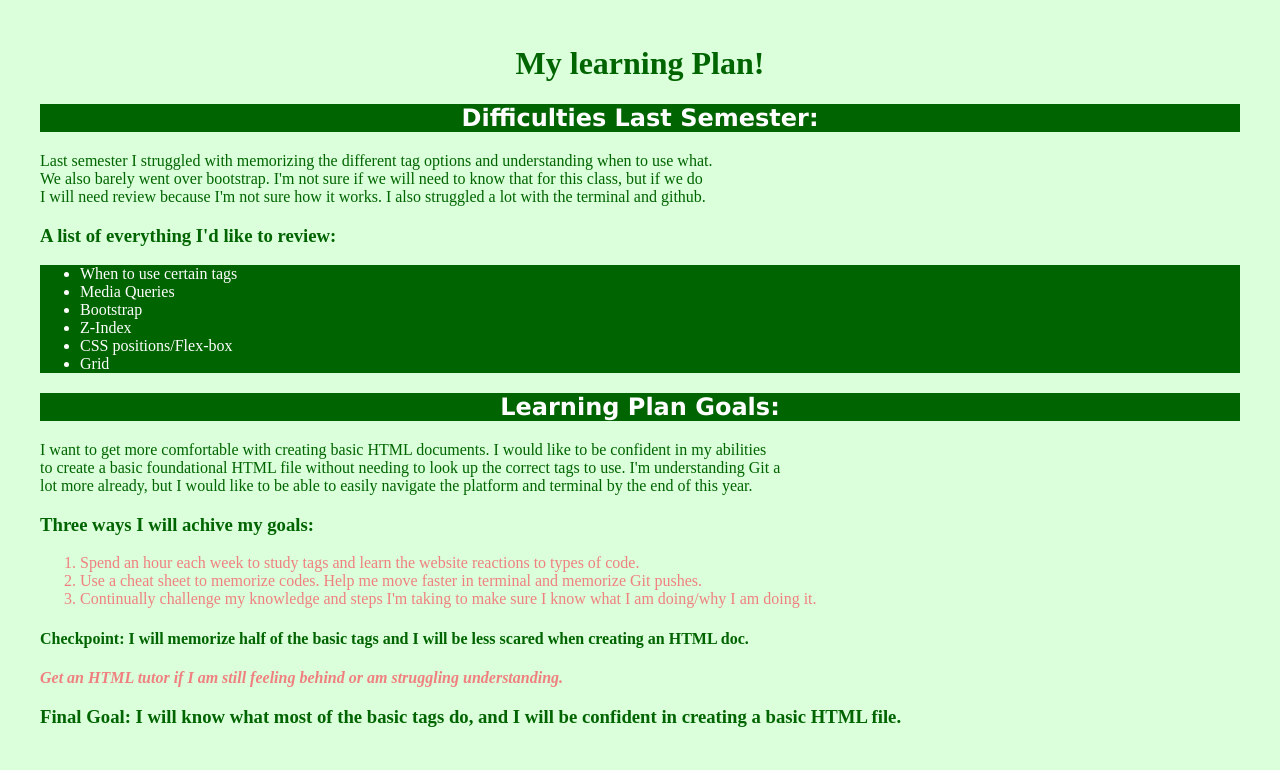
Repository: awollf/mdia-2109
Page: learning-plan.html
These files come from the project's save history. The page is drawn as it stood at one moment and after the next save; the edit follows.
The browser window is 1280 px wide. The pictures show the whole page.

Above is the page before, as saved 2026-02-02 11:43:24.

### learning-plan.html
<!DOCTYPE html>
<html lang="en">
<head>
    <meta charset="UTF-8">
    <meta name="viewport" content="width=device-width, initial-scale=1.0">
    <title>Learning Plan</title>
    <link rel="stylesheet" href="style.css">
</head>


<div class="page">
<body>
    <h1>My learning Plan!</h1>

    <h2>Difficulties Last Semester:</h2>
    <p>Last semester I struggled with memorizing the different tag options and understanding when to use what.
        <br>We also barely went over bootstrap. I'm not sure if we will need to know that for this class, but if we do
        <br>I will need review because I'm not sure how it works. I also struggled a lot with the terminal and github.
    </p>

    <h3>A list of everything I'd like to review:</h3>
    <ul>
        <li>When to use certain tags</li>
        <li>Media Queries</li>
        <li>Bootstrap</li>
        <li>Z-Index</li>
        <li>CSS positions/Flex-box</li>
        <li>Grid</li>
    </ul>

    <h2>Learning Plan Goals:</h2>
    <p>I want to get more comfortable with creating basic HTML documents. I would like to be confident in my abilities
    <br>to create a basic foundational HTML file without needing to look up the correct tags to use. I'm understanding Git a
    <br>lot more already, but I would like to be able to easily navigate the platform and terminal by the end of this year. </p>

        <h3>Three ways I will achive my goals:</h3>

    <ol>
        <li>Spend an hour each week to study tags and learn the website reactions to types of code.</li>
        <li>Use a cheat sheet to memorize codes. Help me move faster in terminal and memorize Git pushes.</li>
        <li>Continually challenge my knowledge and steps I'm taking to make sure I know what I am doing/why I am doing it.</li>
    </ol>

    <h4>Checkpoint: I will memorize half of the basic tags and I will be less scared when creating an HTML doc.</h4>
    <em>Get an HTML tutor if I am still feeling behind or am struggling understanding.</em>

    <h3>Final Goal: I will know what most of the basic tags do, and I will be confident in creating a basic HTML file.</h3>

</body>
</div>
</html>

### style.css
body {
    background-color: rgb(218, 255, 218);
}

.page {
  max-width: 1200px;
  margin: 0 auto;
  padding: 1rem;
}

h1 {
    text-align: center;
    color: darkgreen;
    font-family:'Lucida Grande',
    font-weight: bold;
}

h2 {
text-align: center;
color: white;
font-family: 'Lucida Grande';
font-weight: bold;
background-color: darkgreen;
}

p {
    text-align: left;
    color: darkgreen;
    font-family: Lucinda Sans Regular;
}

h3 {
    text-align: left;
    color: darkgreen;
    font-family: 'Lucinda Grande';
}

ul {
    text-align: left;
    color: white;
    background-color: darkgreen;
    font-family: Lucinda Sans Regular;
}

ol {
    text-align: left;
    color: lightcoral;
    font-family: Lucinda Sans Regular;
}

h4 {
    text-align: canter;
    color: darkgreen;
    font-family: 'Lucinda Grande';
    font-weight: bold;
}

em {
    text-align: center;
    color: lightcoral;
    font-family: 'Lucinda Grande';
    font-weight: bold;

}

After the next save:
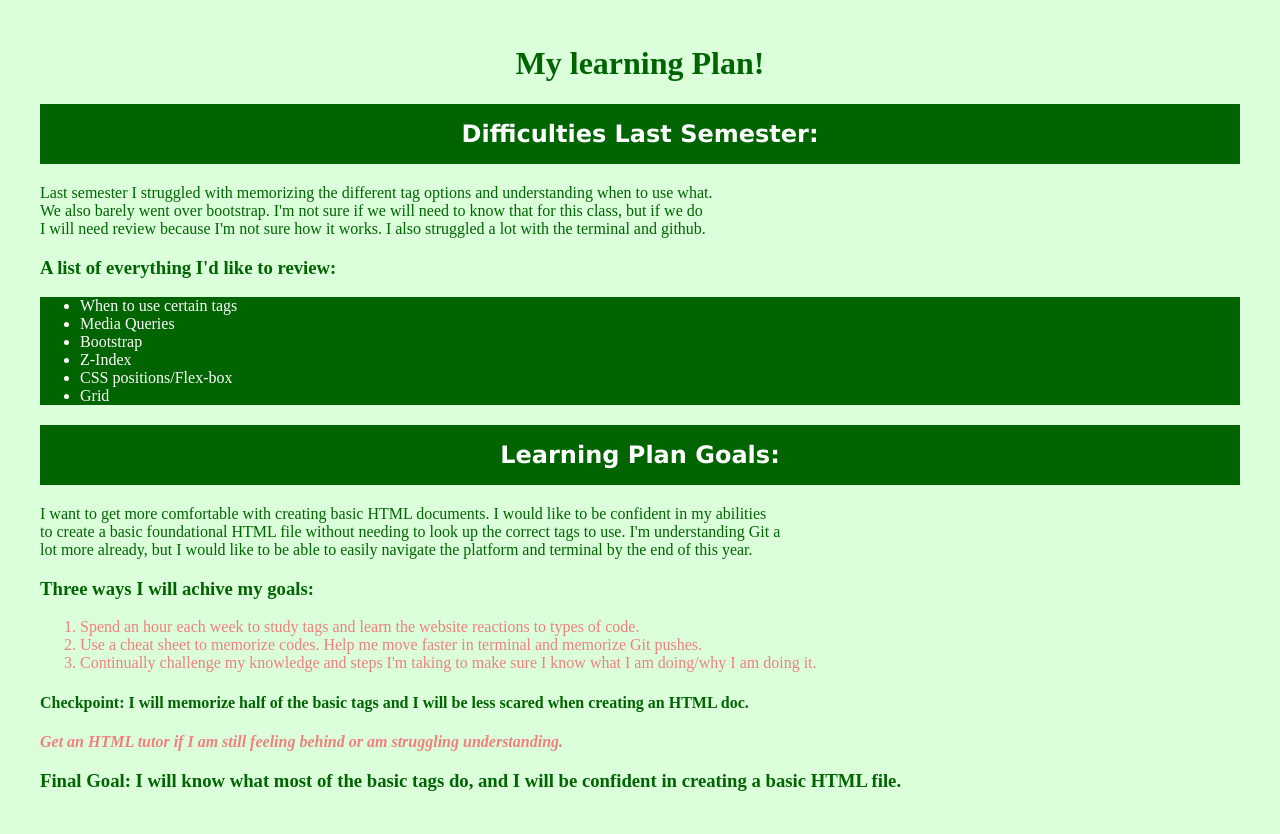
Saved 55 s later.
--- a/style.css
+++ b/style.css
@@ -21,6 +21,7 @@ color: white;
 font-family: 'Lucida Grande';
 font-weight: bold;
 background-color: darkgreen;
+padding: 1rem;
 }
 
 p {
